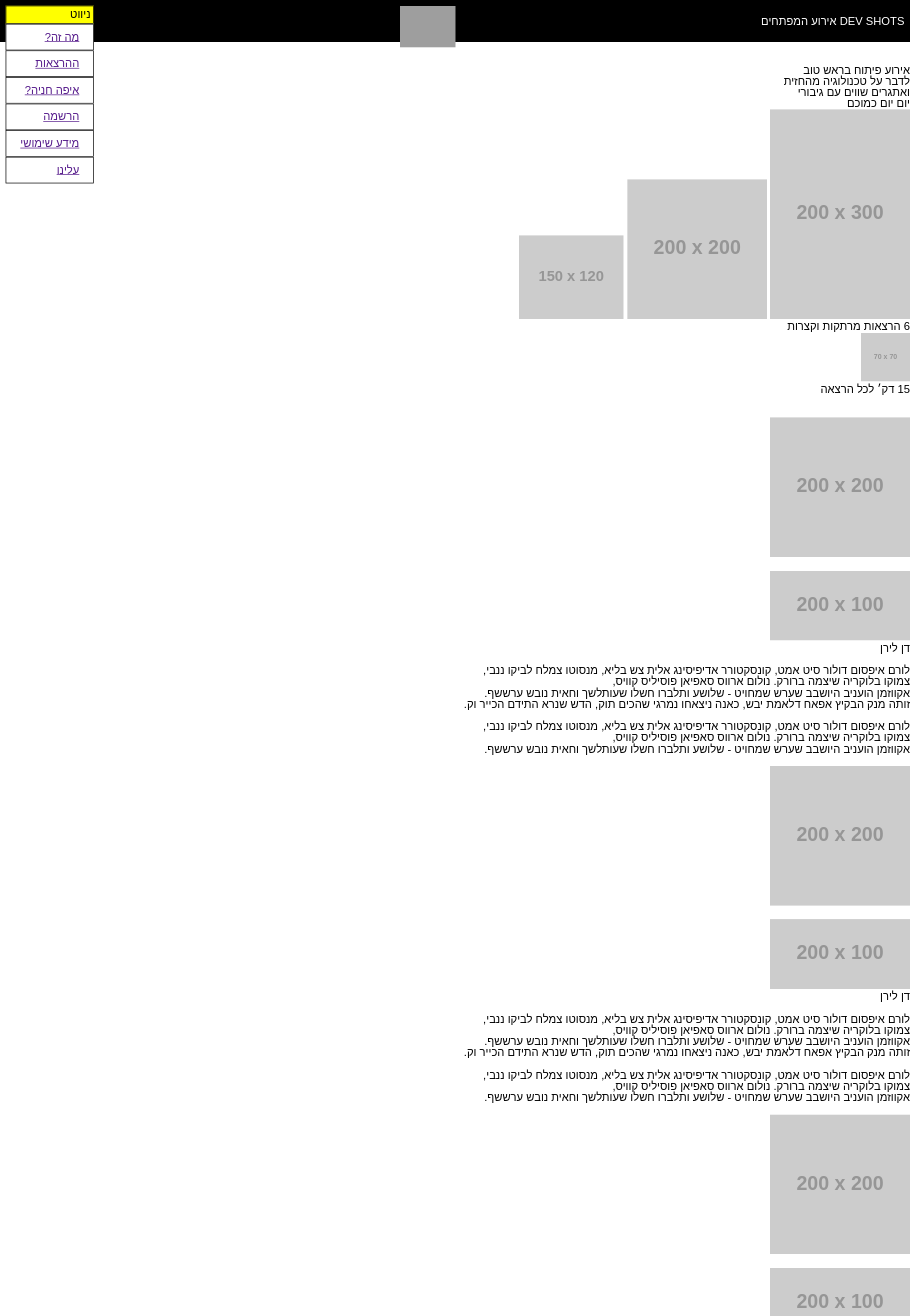
Repository: Julian-Escobar/DevShots
Page: index.html
An editor plug-in stored every save of this project. The page is shown before and after the next save, followed by the edit.
The browser window is 1280 px wide. The page is 1300 px wide, so the pictures cover 1300 px, including what lies to the right of the window. The pictures show the part of the page from y = 0 to 1880 px (the page is 5922 px tall), at 70% of full size.
Pictures or frames that could not be fetched are drawn as grey boxes.

Above is the page before, as saved 2018-08-27 20:11:50.

### index.html
<!DOCTYPE HTML>
<html>
  <head>
      <link rel="stylesheet" href="style.css">
        <style>

                body{
                    text-align: right;
                    direction: rtl;
                }
        </style>
  </head>
  <body>
      <!--header-->
       <header>
        <h2 class="title">   DEV SHOTS אירוע המפתחים  </h2>
       <div ><a ></a><img class="netcraftlogo" src="https://cdn.dribbble.com/users/277968/screenshots/1639449/netcraftdev_1x.png" alt="netcraft logo"></a> </div>
        <div class="dropdownnav"> <nav>
            <ul>
              <li><div class="navtitle"> <b>ניווט</b></li><li><a class="navlink" href=""> מה
                   זה? </a></li><li><a class="navlink" href=""> ההרצאות

                   </a></li><li><a class="navlink" href=""> איפה
                        חניה? </a></li><li><a class="navlink" href=""> הרשמה

                        </a></li><li><a class="navlink" href=""> מידע
                             שימושי </a></li><li><a class="navlink" href=""> עלינו </a></li>
                                  </ul>
        </nav> </div>
       </header>
       <br> <br>

       <!--section 1-->
       <section class="section1 conteiner" >
               <div> <h1 class="secondtitle">אירוע פיתוח בראש טוב</h1>
                     <p> לדבר על טכנולוגיה מהחזית <br>ואתגרים שווים עם גיבורי<br> יום יום כמוכם</p>
               </div>
          <a class="robot 1"href="https://placeholder.com"><img src="https://via.placeholder.com/200x300" alt="robot1 image"></a>
          <a class="robot 2"href="https://placeholder.com"><img src="https://via.placeholder.com/200x200" alt="robot2 image"></a>
          <a class="robot 3"href="https://placeholder.com"><img src="https://via.placeholder.com/150x120" alt="robot3 image"></a>
       </section>

              <!--section 2 lectures-->
        <section class="section2 conteiner">
                    <h3>6 הרצאות מרתקות וקצרות</h3>
                    <div class="lecture time"> <a class="clock icon"href="https://placeholder.com"><img src="https://via.placeholder.com/70x70"alt="clock icon"> </a>
                    <p>15 דק׳ לכל הרצאה</p></div>
                    <br>
                    <br>

                  <article class="lecture container">
                            <a class="prof picture"href="https://placeholder.com"><img src="https://via.placeholder.com/200x200" alt="lecturer photo"></a>
                             <h3 class="card title">חומריות בעולם הגידיטל</h3>
                             <a class="bubble image"href="https://placeholder.com"><img src="https://via.placeholder.com/200x100"alt="bubble image"></a>
                                <p class="prof name">דן לירן</p> </div>
                                <p class=><br>לורם איפסום דולור סיט אמט, קונסקטורר אדיפיסינג אלית צש בליא, מנסוטו צמלח לביקו ננבי,
                                        <br>צמוקו בלוקריה שיצמה ברורק. נולום ארווס סאפיאן פוסיליס קוויס,
                                        <br>אקווזמן הועניב היושבב שערש שמחויט - שלושע ותלברו חשלו שעותלשך וחאית נובש ערששף.
                                        <br> זותה מנק הבקיץ אפאח דלאמת יבש, כאנה ניצאחו נמרגי שהכים תוק, הדש שנרא התידם הכייר וק.</p>
                                    <p><br>לורם איפסום דולור סיט אמט, קונסקטורר אדיפיסינג אלית צש בליא, מנסוטו צמלח לביקו ננבי,
                                        <br> צמוקו בלוקריה שיצמה ברורק. נולום ארווס סאפיאן פוסיליס קוויס,
                                        <br>  אקווזמן הועניב היושבב שערש שמחויט - שלושע ותלברו חשלו שעותלשך וחאית נובש ערששף. </p>

                 </article>
                 <br>
                 <article class="lecture container">
                        <a class="prof picture"href="https://placeholder.com"><img src="https://via.placeholder.com/200x200"alt="lecturer photo"></a>
                         <h3 class="card title">חומריות בעולם הגידיטל</h3>
                         <a class="bubble image"href="https://placeholder.com"><img src="https://via.placeholder.com/200x100"alt="bubble image"></a>
                            <p class="prof name">דן לירן</p> </div>
                            <p class=><br>לורם איפסום דולור סיט אמט, קונסקטורר אדיפיסינג אלית צש בליא, מנסוטו צמלח לביקו ננבי,
                                    <br>צמוקו בלוקריה שיצמה ברורק. נולום ארווס סאפיאן פוסיליס קוויס,
                                    <br>אקווזמן הועניב היושבב שערש שמחויט - שלושע ותלברו חשלו שעותלשך וחאית נובש ערששף.
                                    <br> זותה מנק הבקיץ אפאח דלאמת יבש, כאנה ניצאחו נמרגי שהכים תוק, הדש שנרא התידם הכייר וק.</p>
                                <p><br>לורם איפסום דולור סיט אמט, קונסקטורר אדיפיסינג אלית צש בליא, מנסוטו צמלח לביקו ננבי,
                                    <br> צמוקו בלוקריה שיצמה ברורק. נולום ארווס סאפיאן פוסיליס קוויס,
                                    <br>  אקווזמן הועניב היושבב שערש שמחויט - שלושע ותלברו חשלו שעותלשך וחאית נובש ערששף. </p>

             </article>

             <br>
             <article class="lecture container">
                    <a class="prof picture"href="https://placeholder.com"><img src="https://via.placeholder.com/200x200"alt="lecturer photo"></a>
                    <h3 class="card title">חומריות בעולם הגידיטל</h3>
                     <a class="bubble image"href="https://placeholder.com"><img src="https://via.placeholder.com/200x100"alt="bubble image"></a>
                        <p class="prof name">דן לירן</p> </div>
                        <p class=><br>לורם איפסום דולור סיט אמט, קונסקטורר אדיפיסינג אלית צש בליא, מנסוטו צמלח לביקו ננבי,
                                <br>צמוקו בלוקריה שיצמה ברורק. נולום ארווס סאפיאן פוסיליס קוויס,
                                <br>אקווזמן הועניב היושבב שערש שמחויט - שלושע ותלברו חשלו שעותלשך וחאית נובש ערששף.
                                <br> זותה מנק הבקיץ אפאח דלאמת יבש, כאנה ניצאחו נמרגי שהכים תוק, הדש שנרא התידם הכייר וק.</p>
                            <p><br>לורם איפסום דולור סיט אמט, קונסקטורר אדיפיסינג אלית צש בליא, מנסוטו צמלח לביקו ננבי,
                                <br> צמוקו בלוקריה שיצמה ברורק. נולום ארווס סאפיאן פוסיליס קוויס,
                                <br>  אקווזמן הועניב היושבב שערש שמחויט - שלושע ותלברו חשלו שעותלשך וחאית נובש ערששף. </p>

         </article>
         <br>

         <article class="lecture container">
                <a class="prof picture"href="https://placeholder.com"><img src="https://via.placeholder.com/200x200"alt="lecturer photo"></a>
                <h3 class="card title">חומריות בעולם הגידיטל</h3>
                <a class="bubble image"href="https://placeholder.com"><img src="https://via.placeholder.com/200x100"alt="bubble image"></a>
                    <p class="prof name">דן לירן</p> </div>
                    <p class=><br>לורם איפסום דולור סיט אמט, קונסקטורר אדיפיסינג אלית צש בליא, מנסוטו צמלח לביקו ננבי,
                            <br>צמוקו בלוקריה שיצמה ברורק. נולום ארווס סאפיאן פוסיליס קוויס,
                            <br>אקווזמן הועניב היושבב שערש שמחויט - שלושע ותלברו חשלו שעותלשך וחאית נובש ערששף.
                            <br> זותה מנק הבקיץ אפאח דלאמת יבש, כאנה ניצאחו נמרגי שהכים תוק, הדש שנרא התידם הכייר וק.</p>
                        <p><br>לורם איפסום דולור סיט אמט, קונסקטורר אדיפיסינג אלית צש בליא, מנסוטו צמלח לביקו ננבי,
                            <br> צמוקו בלוקריה שיצמה ברורק. נולום ארווס סאפיאן פוסיליס קוויס,
                            <br>  אקווזמן הועניב היושבב שערש שמחויט - שלושע ותלברו חשלו שעותלשך וחאית נובש ערששף. </p>

     </article>
     <br>

     <article class="lecture container">
            <a class="prof picture"href="https://placeholder.com"><img src="https://via.placeholder.com/200x200"alt="lecturer photo"></a>
             <h3 class="card title">חומריות בעולם הגידיטל</h3>
             <a class="bubble image"href="https://placeholder.com"><img src="https://via.placeholder.com/200x100"alt="bubble image"></a>
                <p class="prof name">דן לירן</p> </div>
                <p class=><br>לורם איפסום דולור סיט אמט, קונסקטורר אדיפיסינג אלית צש בליא, מנסוטו צמלח לביקו ננבי,
                        <br>צמוקו בלוקריה שיצמה ברורק. נולום ארווס סאפיאן פוסיליס קוויס,
                        <br>אקווזמן הועניב היושבב שערש שמחויט - שלושע ותלברו חשלו שעותלשך וחאית נובש ערששף.
                        <br> זותה מנק הבקיץ אפאח דלאמת יבש, כאנה ניצאחו נמרגי שהכים תוק, הדש שנרא התידם הכייר וק.</p>
                    <p><br>לורם איפסום דולור סיט אמט, קונסקטורר אדיפיסינג אלית צש בליא, מנסוטו צמלח לביקו ננבי,
                        <br> צמוקו בלוקריה שיצמה ברורק. נולום ארווס סאפיאן פוסיליס קוויס,
                        <br>  אקווזמן הועניב היושבב שערש שמחויט - שלושע ותלברו חשלו שעותלשך וחאית נובש ערששף. </p>

 </article>

 <br>
 <article class="lecture container">
        <a class="prof picture"href="https://placeholder.com"><img src="https://via.placeholder.com/200x200"alt="lecturer photo"></a>
         <h3 class="card title">חומריות בעולם הגידיטל</h3>
         <a class="bubble image"href="https://placeholder.com"><img src="https://via.placeholder.com/200x100"alt="bubble image"></a>
            <p class="prof name">דן לירן</p> </div>
            <p class=><br>לורם איפסום דולור סיט אמט, קונסקטורר אדיפיסינג אלית צש בליא, מנסוטו צמלח לביקו ננבי,
                    <br>צמוקו בלוקריה שיצמה ברורק. נולום ארווס סאפיאן פוסיליס קוויס,
                    <br>אקווזמן הועניב היושבב שערש שמחויט - שלושע ותלברו חשלו שעותלשך וחאית נובש ערששף.
                    <br> זותה מנק הבקיץ אפאח דלאמת יבש, כאנה ניצאחו נמרגי שהכים תוק, הדש שנרא התידם הכייר וק.</p>
                <p><br>לורם איפסום דולור סיט אמט, קונסקטורר אדיפיסינג אלית צש בליא, מנסוטו צמלח לביקו ננבי,
                    <br> צמוקו בלוקריה שיצמה ברורק. נולום ארווס סאפיאן פוסיליס קוויס,
                    <br>  אקווזמן הועניב היושבב שערש שמחויט - שלושע ותלברו חשלו שעותלשך וחאית נובש ערששף. </p>
</article>
<div> <a class="robot4"> <img src="https://via.placeholder.com/70x70"alt="robot4 image"> </a></div>
</section>


<!--section 3 directions-->

<section>
    <article>
    <h4> אז איפה שמים את האוטו?</h4>
    <p>ועוד כמה פרטים חשובים...</p>
    <p> הערב יערך במועדון הסבל</p>
    <address> דרך שלומו 53, תל אביב</address>
 <div class="buses container">
       <hr class=line1>
       <p>מתכנסים בשעה</p>
       <p><big> 18:30 </big></p>
       <hr class=line1>
       <dl>
            <dt>חניה</dt>
              <hr class=line1>
              <dd>1. חניון אלי פלט</dd>
              <dd>2. רחוב אלפסי</dd>
              <dd>3. רחוב חיים בן אתר</dd>
       </dl>
 </div>

 <div class="buses container">
                <hr class=line1>
                <p>מתחילים בשעה:</p>
                <p><big> 19:00 </big></p>
                <hr class=line1>
                <dl>

                     <dt>אוטובוסים</dt>
                       <hr class=line1>
                       <dd>1. רכבת מרכז - 142,42</dd>
                       <dd>2. תחנה מרכזית - 163, 201, 96</dd>
                </dl>
 </div>
 <div class="map">
        <a class="map"> <img src="https://via.placeholder.com/400x400" alt="map image"> </a></div>
        <a class="lupa"> <img src="https://via.placeholder.com/15x15" alt="lupa icon"> </a></div>
        <a href="url">למפה המלאה</a>
</div> </article> </section>
<br>

<!--section 4 contact-->
<h5> הרשמה </h5>
<p>הכניסה היא בחינם אבל מספר המקומות מצומצם.</p>
<p> הערב יערך במועדון הסבנשמח אם תרשמו רק אם אתם מתכוונים להגיע- כדי שלא נסרב למישהו אחר</p>
<hr class=line3>
<p>כל הפרטים אישיים ישארו חסומים ולא נעביא אותם לאף אחד</p>
<hr class=line3>
<br>
<br>

<form action="" method="post">
    <div>
        <label for="name">שם מלא</label>
        <input type="text" placeholder="פרטי וגם משפחה" id="name" name="user_name">
    </div>
    <div>
        <label for="position">תפקיד</label>
        <input  type="position" placeholder="מה אתם עושים ביום יום" id="position" name="user_position">
    </div>
    <div>
            <label for="organization">ארגון</label>
            <input  type="organization" placeholder="מי משלם לכם משכורת" id="organization" name="user_organization">
        </div>
    <div>
            <label for="phone">מספר טלפון</label>
            <input  type="phone" placeholder="או סלולרי, לנו זה לא איכפת" id="phone" name="user_phone">
        </div>
        <div>
                <label for="friends">יש חברים?</label>
                <input  type="friends" placeholder="יש מלא אבל אני בא לבד" id="friends" name="user_friends">
            </div>
            <button name="button">זהו שלח אותי</button>
    </form>
    <br>

<!--section 5 Useful information-->

<section>
    <h6><big>מידע שימושי</big></h6>

    <article> <div class="card2"> <a class="card2 image"> <img src="https://via.placeholder.com/100x100"alt="card image"></a><h3 class="car2 title">קונסקטורר אדיפיסינג אלית</h3>
        <p class="p card2">לורם איפסום דולור סיט אמט, קונסקטורר אדיפיסינג אלית נולום ארווס סאפיאן - פוסיליס קוויס, אקווזמן קולורס מונפרד אדנדום סילקוף, מרגשי ומרגשח</p>
    </div></article>

    <article> <div class="card2"> <a class="card2 image"> <img src="https://via.placeholder.com/100x100"alt="card image"></a><h3 class="car2 title">קונסקטורר אדיפיסינג אלית</h3>
        <p class="p card2">לורם איפסום דולור סיט אמט, קונסקטורר אדיפיסינג אלית נולום ארווס סאפיאן - פוסיליס קוויס, אקווזמן קולורס מונפרד אדנדום סילקוף, מרגשי ומרגשח</p>
    </div></article>

    <article> <div class="card2"> <a class="card2 image"> <img src="https://via.placeholder.com/100x100"alt="card image"></a><h3 class="car2 title">קונסקטורר אדיפיסינג אלית</h3>
        <p class="p card2">לורם איפסום דולור סיט אמט, קונסקטורר אדיפיסינג אלית נולום ארווס סאפיאן - פוסיליס קוויס, אקווזמן קולורס מונפרד אדנדום סילקוף, מרגשי ומרגשח</p>
    </div></article>

    <article> <div class="card2"> <a class="card2 image"> <img src="https://via.placeholder.com/100x100"alt="card image"></a><h3 class="car2 title">קונסקטורר אדיפיסינג אלית</h3>
        <p class="p card2">לורם איפסום דולור סיט אמט, קונסקטורר אדיפיסינג אלית נולום ארווס סאפיאן - פוסיליס קוויס, אקווזמן קולורס מונפרד אדנדום סילקוף, מרגשי ומרגשח</p>
    </div></article>

    <article> <div class="card2"> <a class="card2 image"> <img src="https://via.placeholder.com/100x100"alt="card image"></a><h3 class="car2 title">קונסקטורר אדיפיסינג אלית</h3>
        <p class="p card2">לורם איפסום דולור סיט אמט, קונסקטורר אדיפיסינג אלית נולום ארווס סאפיאן - פוסיליס קוויס, אקווזמן קולורס מונפרד אדנדום סילקוף, מרגשי ומרגשח</p>
    </div></article>

    <article> <div class="card2"> <a class="card2 image"> <img src="https://via.placeholder.com/100x100"alt="card image"></a><h3 class="car2 title">קונסקטורר אדיפיסינג אלית</h3>
        <p class="p card2">לורם איפסום דולור סיט אמט, קונסקטורר אדיפיסינג אלית נולום ארווס סאפיאן - פוסיליס קוויס, אקווזמן קולורס מונפרד אדנדום סילקוף, מרגשי ומרגשח</p>
    </div></article>

    <a class="bottom robot"> <img src="https://via.placeholder.com/200x100"></a>
</section>

<!--section 6 footer-->
<section>
    <div class="footer div"><H3 class="footer title"> קצת עלינו</H3></div>
            <sec> <div class="footer components"> <a class="netcraft logo"> <img src="https://via.placeholder.com/100x30"alt="net craft logo"></a> </div>
            <div class="footer components"><p><b><big> נטפרפט </big></b>ורם איפסום דולור סיט אמט, קונסקטורר אדיפיסינג אלית נולום ארווס סאפיאן - פוסיליס קוויס, אקווזמן קולורס מונפרד אדנדום סילקוף, מרגשי ומרגשח. עמחליף גולר מונפרר סוברט</p></div>
            <div class="footer components"> <a class="logo"> <img src="https://via.placeholder.com/30x30"></a> <p>לורם איפסום דולור סיט אמט</p> </div>
            <div class="footer components"> <a class="logo"> <img src="https://via.placeholder.com/30x30"></a> <p>לורם איפסום דולור סיט אמט</p> </div>
            <div class="footer components"> <a class="logo"> <img src="https://via.placeholder.com/30x30"></a> <p>לורם איפסום דולור סיט אמט</p> </div>
            <div class="footer components"> <a class="logo"> <img src="https://via.placeholder.com/30x30"></a> <p>לורם איפסום דולור סיט אמט</p> </div>

            <div class="footer detail"> <p> איפסום דולור סיט אמט | איפסום דולור סיט אמט | איפסום דולור סיט אמט | some info@here </p> <a class="logo netcraft small"> <img src="https://via.placeholder.com/30x12"alt="netcraft logo"></a>  </div></sec>
</section>

  </body>
</html>

### style.css
/* http://meyerweb.com/eric/tools/css/reset/
   v2.0 | 20110126
   License: none (public domain)
*/

html, body, div, span, applet, object, iframe,
h1, h2, h3, h4, h5, h6, p, blockquote, pre,
a, abbr, acronym, address, big, cite, code,
del, dfn, em, img, ins, kbd, q, s, samp,
small, strike, strong, sub, sup, tt, var,
b, u, i, center,
dl, dt, dd, ol, ul, li,
fieldset, form, label, legend,
table, caption, tbody, tfoot, thead, tr, th, td,
article, aside, canvas, details, embed,
figure, figcaption, footer, header, hgroup,
menu, nav, output, ruby, section, summary,
time, mark, audio, video {
	margin: 0;
	padding: 0;
	border: 0;
	font-size: 100%;
	font: inherit;
	vertical-align: baseline;
}
/* HTML5 display-role reset for older browsers */
article, aside, details, figcaption, figure,
footer, header, hgroup, menu, nav, section {
	display: block;
}
body {
	line-height: 1;
}
ol, ul {
	list-style: none;
}
blockquote, q {
	quotes: none;
}
blockquote:before, blockquote:after,
q:before, q:after {
	content: '';
	content: none;
}
table {
	border-collapse: collapse;
	border-spacing: 0;
}




html {
    -moz-box-sizing: border-box;
    box-sizing: border-box;
}

ul {
    list-style: none;
  }

*,
*:before,
*:after {
    box-sizing: inherit;
}

@font-face {
    font-family: 'Rubik', sans-serif;
    src: url("hhttps://fonts.googleapis.com/css?family=Rubik" );
}

body{
    font-family: 'Rubik', sans-serif;
    margin: 0 auto;
    width: 1300px;
}
header{
    display: flex;
    padding: 8px;
    justify-content: space-between;
    align-content: center;
    background-color: black;
    height: 60px;
    }

.title {
    font-weight: 100;
    color: white;
    align-self: center;
}
.netcraftlogo {
    height:60px;
    align-self: center;

    }

    .navtitle {
        background-color: yellow;
        padding: 4px;
        border: 1px solid black
    }

    .navlink {
        background-color: white;
        padding: 4px;
        border: 1px solid black;
        align-self: right;
        display: block;
        position: relative;
        z-index: 100;
        margin-top: 0px;
        padding-top: 10px;
        padding-bottom: 10px;
        padding-left: 20px;
        padding-right: 20px;
   }

After the next save:
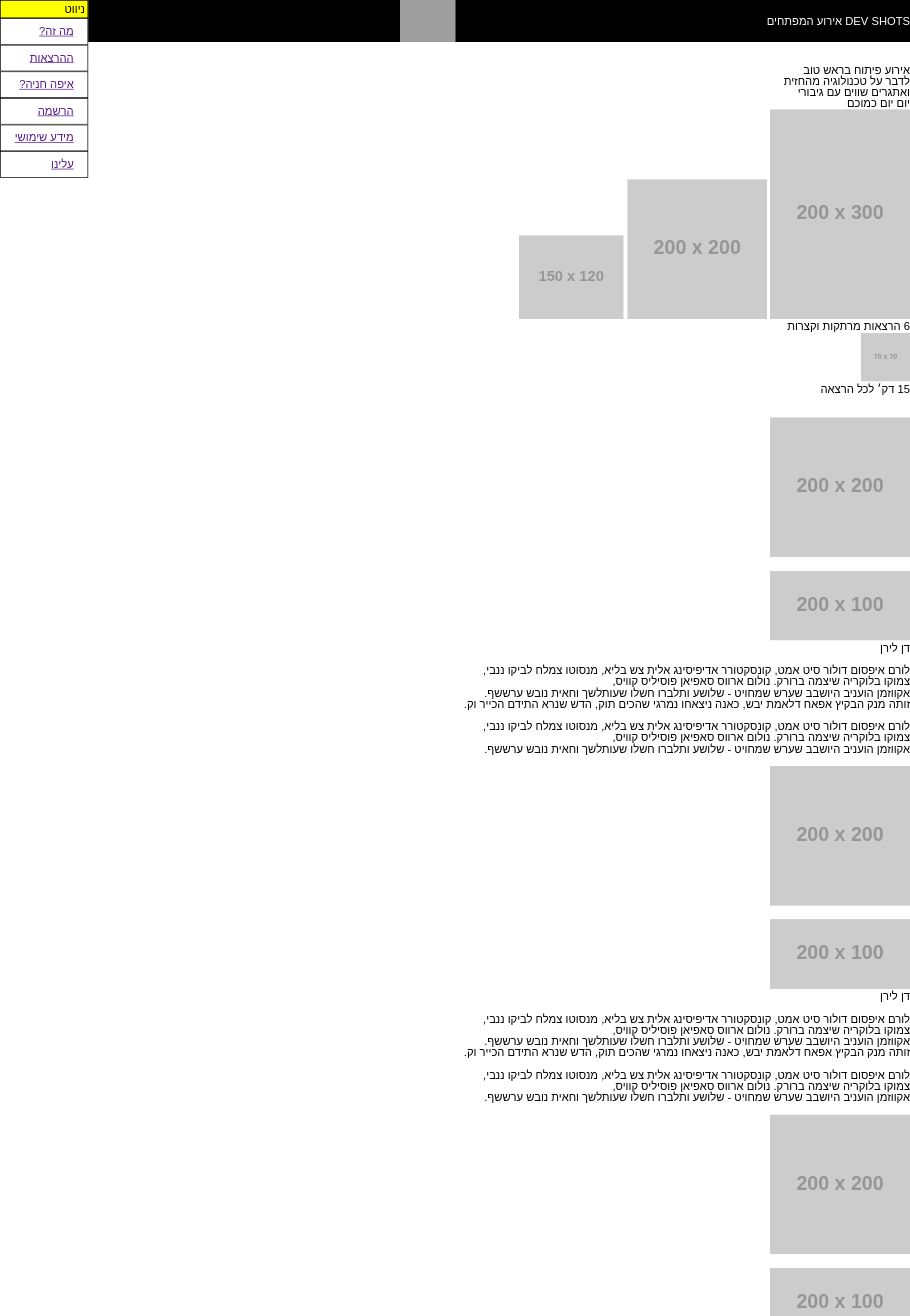
Saved 108 s later.
--- a/style.css
+++ b/style.css
@@ -77,7 +77,6 @@ body{
 }
 header{
     display: flex;
-    padding: 8px;
     justify-content: space-between;
     align-content: center;
     background-color: black;
